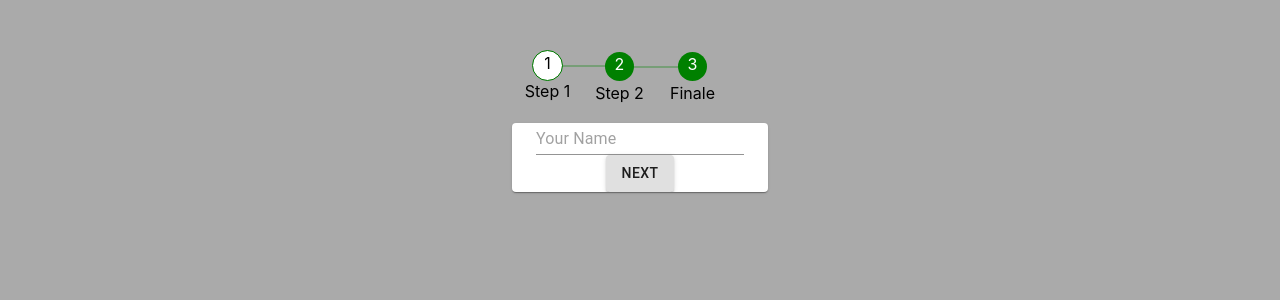
Repository: SD-Mdouka/project_step
Page: /
These files come from the project's save history. The page is drawn as it stood at one moment and after the next save; the edit follows.
The browser window is 1280 px wide. The pictures show the whole page.
The project was rebuilt for these pictures with package versions that can differ from the ones it lists, and the page was loaded fresh each time.

Above is the page before, as saved 2022-09-05 17:38:13.

### src/index.js
import React from "react";
import ReactDOM from "react-dom/client";
import "./index.css";
import App from "./Steps";
// import { AppBar, Toolbar, Typography } from "@material-ui/core";

const root = ReactDOM.createRoot(document.getElementById("root"));
root.render(
  <React.StrictMode>
    {/* <AppBar>
      <Toolbar>
        <Typography varient="h6">React app</Typography>
      </Toolbar>
    </AppBar> */}
    <App />
  </React.StrictMode>
);

### src/index.css
body {
    background-color: #aaa;
    margin: 0;
    font-family: -apple-system, BlinkMacSystemFont, "Segoe UI", "Roboto", "Oxygen", "Ubuntu", "Cantarell", "Fira Sans", "Droid Sans", "Helvetica Neue", sans-serif;
    -webkit-font-smoothing: antialiased;
    -moz-osx-font-smoothing: grayscale;
}

code {
    font-family: source-code-pro, Menlo, Monaco, Consolas, "Courier New", monospace;
}

.App-Project {
    margin-top: 50px;
    margin-inline: 40% !important;
}

.cirecle {
    width: 29px;
    height: 29px;
    line-height: 25px;
    background-color: green;
    color: white;
    border-radius: 50%;
    -webkit-border-radius: 50%;
    -moz-border-radius: 50%;
    -ms-border-radius: 50%;
    -o-border-radius: 50%;
    border: 2px solid transparent;
    text-align: center;
    cursor: pointer;
    background-clip: padding-box;
    -webkit-background-clip: padding-box;
}

.stepsWrapp {
    display: flex;
    margin-bottom: 20px;
    text-align: center;
}

.stepeBlock .circleWrapper {
    padding: 0px 20px;
    position: relative;
}

.selected .cirecle {
    color: black;
    background-color: white;
    border: 1px solid green;
}

.stepeBlock:not(:last-child)>.circleWrapper::after {
    content: "";
    width: 100%;
    height: 2px;
    position: absolute;
    top: 0px;
    bottom: 0px;
    background-color: green;
    margin: auto;
    z-index: -1;
}

.stepeBlock:not(:last-child)>.circleWrapper::after {
    height: 3px;
    opacity: 1;
}

.stepeBlock:not(:last-child).selected>.circleWrapper::after,
.stepeBlock:not(:last-child).selected~.stepeBlock:not(:last-child)>.circleWrapper::after {
    height: 2px;
    opacity: 0.3;
}

.pages {
    margin: 0 40%;
}

.primaryBtn {
    padding: 10px 25px;
    background-color: green;
    border: none;
    margin: 10px;
    color: white;
    border-radius: 4px;
    -webkit-border-radius: 4px;
    -moz-border-radius: 4px;
    -ms-border-radius: 4px;
    -o-border-radius: 4px;
    cursor: pointer;
}

### src/Steps/index.js
import Step from "./Step";
import PageFlex from "../App";
import React, { useState } from "react";

function App() {
  const labelArray = ["Step 1", "Step 2", "Finale"];
  const [currentSteps, setCurrentSteps] = useState(1);
  function updateStep(step) {
    setCurrentSteps(step);
  }
  const params = {
    currentSteps,
    setCurrentSteps,
  };
  return (
    <div className="App-Project">
      <Step
        labelArray={labelArray}
        currentSteps={currentSteps}
        updateStep={updateStep}
      ></Step>
      <p className="flex-container">
        <PageFlex {...params} />
      </p>
    </div>
  );
}

export default App;

### src/Steps/Step/index.js
import React, { useState } from "react";
import NavStep from "./NavStep";

const Step = (props) => {
  return (
    <div className="stepsWrapp">
      {props.labelArray.map((item, index) => (
        <NavStep
          key={index}
          index={index}
          label={item}
          updateStep={props.updateStep}
          selected={props.currentSteps === index + 1}
        ></NavStep>
      ))}
    </div>
  );
};
export default Step;

### src/App.js
import { Button, Card, Container, TextField, Box } from "@material-ui/core";
import { Field, Formik, Form } from "formik";
import React, { useState } from "react";
import * as Yup from "yup";
import "./App.css";

function App({ currentSteps, setCurrentSteps }) {
  const params = {
    currentSteps,
    setCurrentSteps,
  };
  return (
    <div className="App">
      <Card>
        <Container>
          <Formik
            initialValues={{ name: "", age: 18, description: "" }}
            validationSchema={Yup.object().shape({
              name: Yup.string().required("Name is required"),
              age: Yup.number().required("Age is required").min(18, "only +18"),
              description: Yup.string().min(10),
            })}
            onSubmit={(values, { setSubmitting }) => {
              setTimeout(() => {
                alert(JSON.stringify(values, null, 2));
                setSubmitting(false);
              }, 400);
            }}
          >
            {({
              values,
              errors,
              touched,
              handleChange,
              handleBlur,
              handleSubmit,
              validateField,
              isSubmitting,
              /* and other goodies */
            }) => (
              <Form onSubmit={handleSubmit}>
                <FormStps
                  isSubmitting={isSubmitting}
                  validateField={validateField}
                  errors={errors}
                  touched={touched}
                  {...params}
                >
                  <Field
                    type="text"
                    name="name"
                    id="name"
                    onChange={handleChange}
                    onBlur={handleBlur}
                    value={values.name}
                    placeholder="Your Name"
                    component={TextField}
                    error={errors.name ? true : false}
                    helperText={errors.name && errors.name}
                  />

                  <Field
                    type="number"
                    name="age"
                    id="age"
                    onChange={handleChange}
                    onBlur={handleBlur}
                    value={values.age}
                    placeholder="Your age"
                    component={TextField}
                    error={errors.age ? true : false}
                    helperText={errors.age && errors.age}
                  />
                  <Field
                    type="text"
                    name="description"
                    id="description"
                    onChange={handleChange}
                    onBlur={handleBlur}
                    value={values.description}
                    placeholder="Description"
                    component={TextField}
                    error={errors.description ? true : false}
                    helperText={errors.description && errors.description}
                  />
                </FormStps>
              </Form>
            )}
          </Formik>
        </Container>
      </Card>
    </div>
  );
}
const FormStps = (props) => {
  const childrenArr = React.Children.toArray(props.children);
  const [step, setStep] = useState(1);
  const name = childrenArr[props.currentSteps - 1].props.name;
  const isErrors = props.errors[name] ? true : false;
  const isTouched = props.touched[name] ? true : false;
  const isEmpty =
    childrenArr[props.currentSteps - 1].props.value !== " " &&
    !childrenArr[props.currentSteps - 1].props.value
      ? true
      : false;
  const goBack = () => {
    props.setCurrentSteps(props.currentSteps - 1);
  };
  const goNext = () => {
    if (isTouched && !isErrors) {
      props.setCurrentSteps(props.currentSteps + 1);
    } else if (!isEmpty && !isErrors) {
      props.setCurrentSteps(props.currentSteps + 1);
    } else {
      props.validateField(name);
    }
  };
  return (
    <>
      {childrenArr[props.currentSteps - 1]}
      {props.currentSteps > 1 && (
        <Button
          disabled={props.isSubmitting}
          variant="contained"
          color="secondary"
          onClick={goBack}
        >
          Back
        </Button>
      )}
      {props.currentSteps < childrenArr.length && (
        <Button
          disabled={props.isSubmitting}
          variant="contained"
          onClick={goNext}
          className="primaryBtn"
        >
          Next
        </Button>
      )}
      <br />
      {props.currentSteps === childrenArr.length && (
        <Button
          type="submit"
          disabled={props.isSubmitting}
          variant="contained"
          color="primary"
        >
          Submit
        </Button>
      )}
    </>
  );
};
export default App;

### src/Steps/Step/NavStep/index.js
import React from "react";

const NavStep = (props) => {
  return (
    <div className={"stepeBlock" + (props.selected ? " selected" : "")}>
      <div
        className="circleWrapper"
        onClick={() => props.updateStep(props.index + 1)}
      >
        <div className="cirecle">{props.index + 1}</div>
      </div>
      <span>{props.label}</span>
    </div>
  );
};
export default NavStep;

Loaded but not shown: public/index.html (common file); src/App.css (common file)

After the next save:
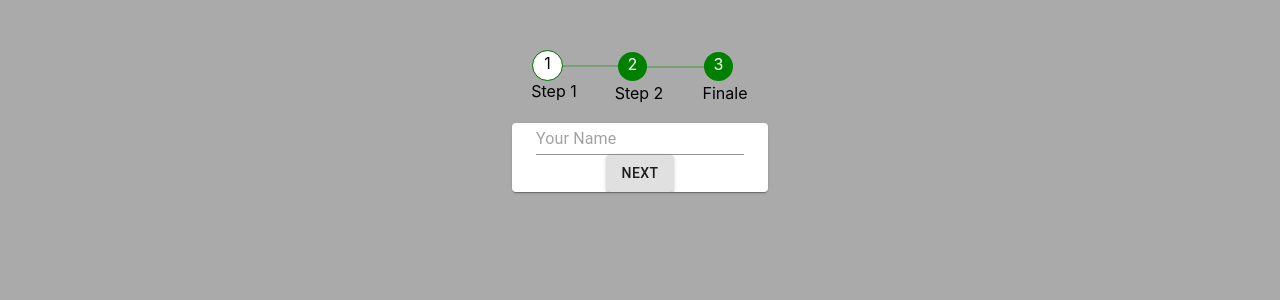
Saved 49 s later.
--- a/src/index.css
+++ b/src/index.css
@@ -37,6 +37,10 @@ code {
     display: flex;
     margin-bottom: 20px;
     text-align: center;
+}
+
+.stepeBlock {
+    flex-grow: 1;
 }
 
 .stepeBlock .circleWrapper {
